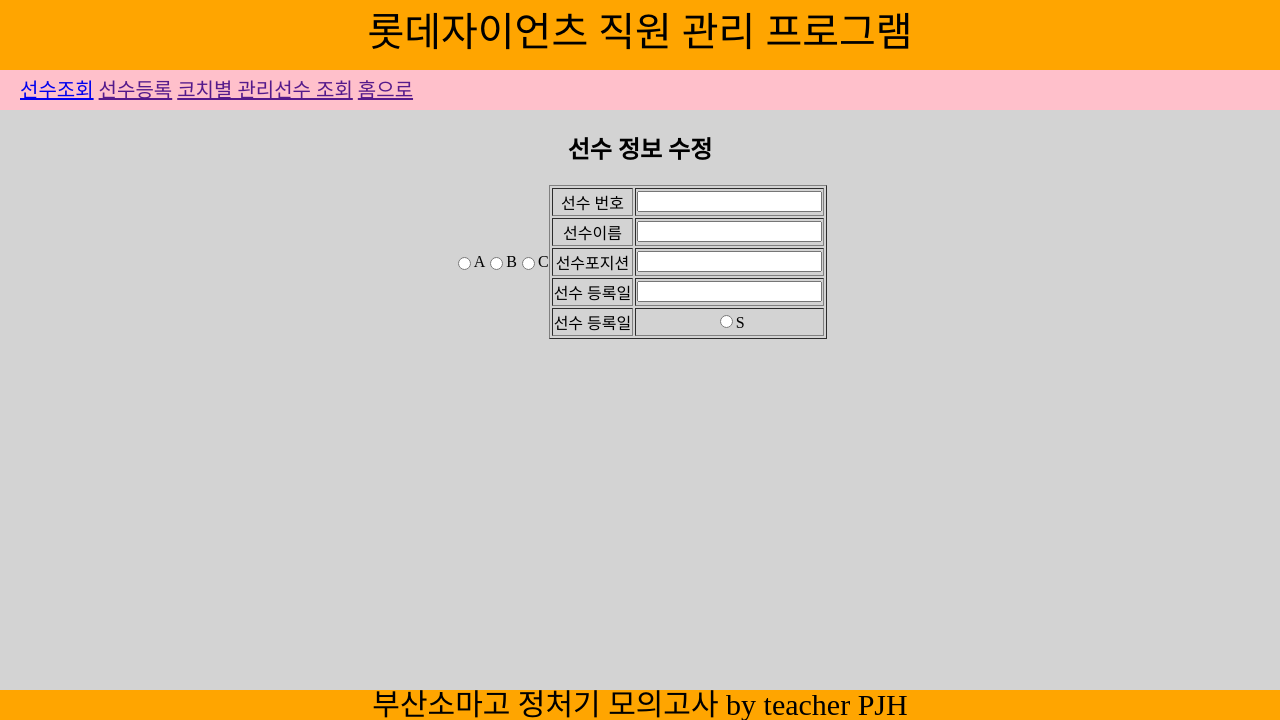
Repository: jeajune0221/information
Page: http://localhost/HRD_2411/update.jsp
An editor plug-in stored every save of this project. The page is shown before and after the next save, followed by the edit.
The browser window is 1280 px wide. The pictures show the whole page.
The page is served by Tomcat 9.

Above is the page before, as saved 2026-03-16 11:10:08.

After the next save:
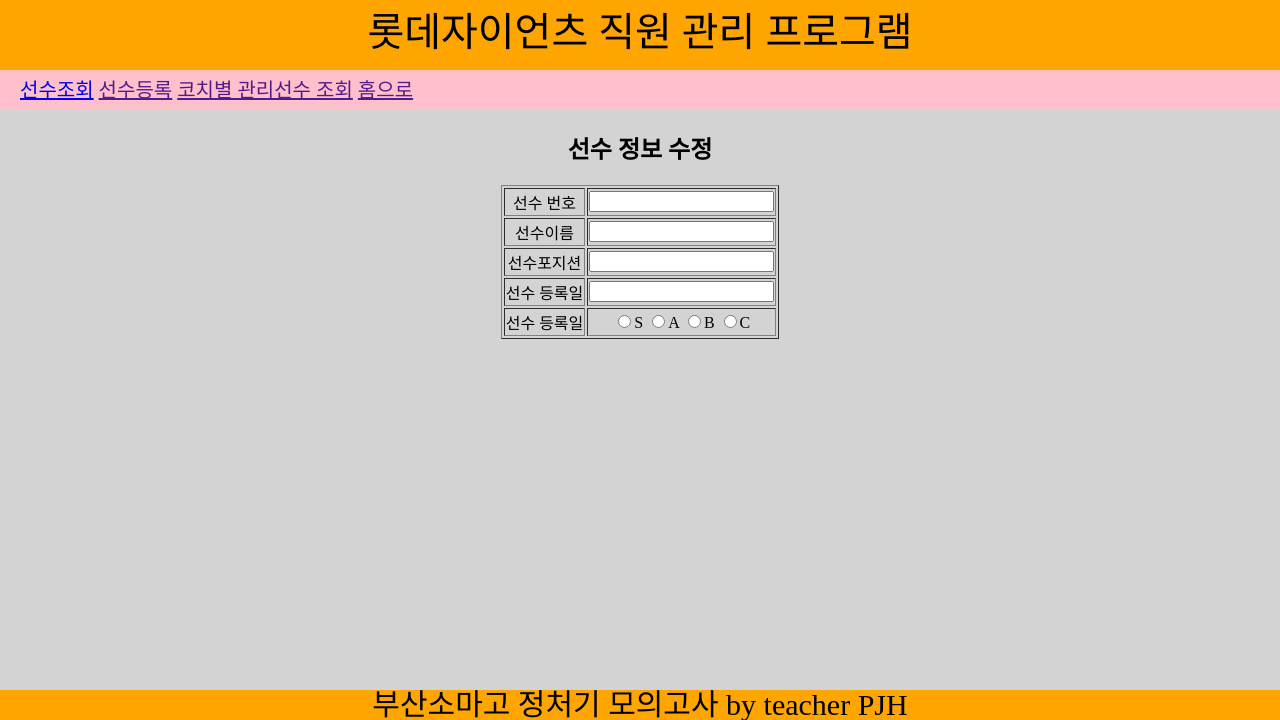
Saved 6 s later.
--- a/hrdkorea/HRD_2411/src/main/webapp/update.jsp
+++ b/hrdkorea/HRD_2411/src/main/webapp/update.jsp
@@ -31,10 +31,10 @@
 </tr>
 <tr>
 <td>선수 등록일</td>
-<td><input type ="radio" name = "asd">S</td>
+<td><input type ="radio" name = "asd">S
 <input type ="radio" name = "asd">A
 <input type ="radio" name = "asd">B
-<input type ="radio" name = "asd">C
+<input type ="radio" name = "asd">C</td>
 
 
 </tr>
